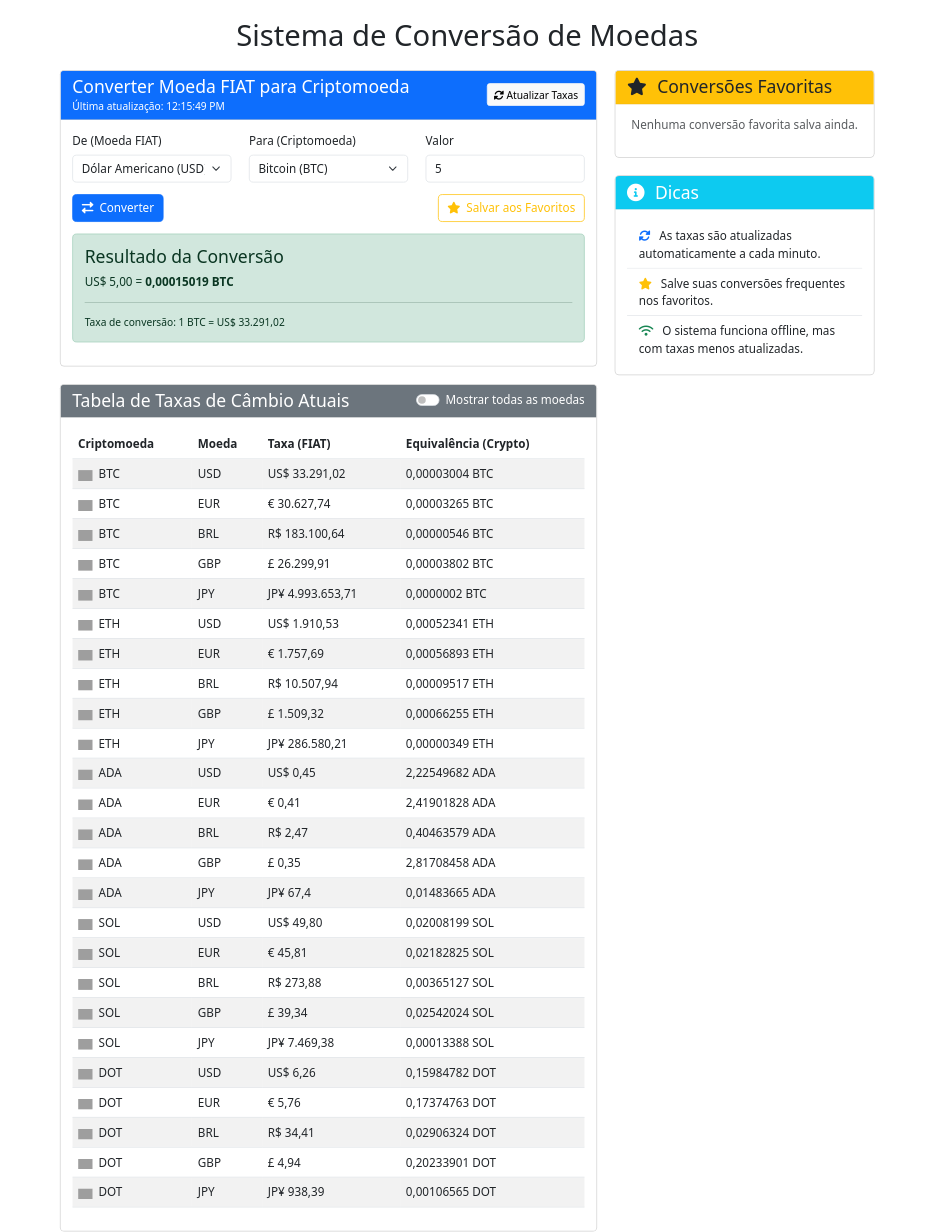
Repository: victorvilanova/crypto-convert-system
Page: index.html
An editor plug-in stored every save of this project. The page is shown before and after the next save, followed by the edit.
The browser window is 1280 px wide. The pictures show the whole page, at 73% of full size.
Empty fields were first filled with sample values (such as "Sample", 5 or name@example.com).
After loading, the first visible `#convertBtn` was clicked once.
Pictures or frames that could not be fetched are drawn as grey boxes.

Above is the page before, as saved 2025-04-10 22:05:34.

### index.html
<!DOCTYPE html>
<html lang="pt-br">
  <head>
    <meta charset="UTF-8" />
    <meta name="viewport" content="width=device-width, initial-scale=1.0" />
    <title>Sistema de Conversão FIAT para Criptomoedas</title>
    <link
      href="https://cdn.jsdelivr.net/npm/bootstrap@5.3.0/dist/css/bootstrap.min.css"
      rel="stylesheet"
    />
    <link
      rel="stylesheet"
      href="https://cdnjs.cloudflare.com/ajax/libs/font-awesome/6.0.0-beta3/css/all.min.css"
    />
    <link rel="stylesheet" href="assets/css/style.css" />
  </head>
  <body>
    <div
      id="offlineAlert"
      class="alert alert-warning sticky-top"
      style="display: none"
    >
      <strong>Você está offline!</strong> Os dados de taxas podem estar
      desatualizados.
    </div>

    <div class="container mt-4">
      <div class="row">
        <div class="col-md-12">
          <h1 class="text-center mb-4">Sistema de Conversão de Moedas</h1>

          <!-- Área de mensagens temporárias -->
          <div id="message" class="mb-3" style="display: none"></div>

          <div class="row">
            <!-- Coluna principal -->
            <div class="col-lg-8">
              <!-- Conversor -->
              <div class="card mb-4">
                <div
                  class="card-header bg-primary text-white d-flex justify-content-between align-items-center"
                >
                  <div>
                    <h2 class="h4 mb-0">
                      Converter Moeda FIAT para Criptomoeda
                    </h2>
                    <div class="small">
                      Última atualização: <span id="lastUpdate">--:--:--</span>
                    </div>
                  </div>
                  <button id="forceUpdateBtn" class="btn btn-sm btn-light">
                    <i class="fas fa-sync-alt"></i> Atualizar Taxas
                  </button>
                </div>
                <div class="card-body">
                  <form id="converterForm">
                    <div class="row mb-3">
                      <div class="col-md-4">
                        <label for="fromCurrency" class="form-label"
                          >De (Moeda FIAT)</label
                        >
                        <select id="fromCurrency" class="form-select" required>
                          <!-- Opções serão preenchidas pelo JavaScript -->
                        </select>
                      </div>
                      <div class="col-md-4">
                        <label for="toCrypto" class="form-label"
                          >Para (Criptomoeda)</label
                        >
                        <select id="toCrypto" class="form-select" required>
                          <!-- Opções serão preenchidas pelo JavaScript -->
                        </select>
                      </div>
                      <div class="col-md-4">
                        <label for="amount" class="form-label">Valor</label>
                        <input
                          type="number"
                          id="amount"
                          class="form-control"
                          step="0.01"
                          min="0.01"
                          required
                          placeholder="Ex: 1000.00"
                        />
                      </div>
                    </div>
                    <div class="d-flex justify-content-between">
                      <button
                        type="button"
                        id="convertBtn"
                        class="btn btn-primary"
                      >
                        <i class="fas fa-exchange-alt me-1"></i> Converter
                      </button>
                      <button
                        type="button"
                        id="addFavoriteBtn"
                        class="btn btn-outline-warning"
                      >
                        <i class="fas fa-star me-1"></i> Salvar aos Favoritos
                      </button>
                    </div>
                  </form>

                  <div
                    id="loading"
                    class="text-center my-3"
                    style="display: none"
                  >
                    <div class="spinner-border text-primary" role="status">
                      <span class="visually-hidden">Carregando...</span>
                    </div>
                    <p class="mt-2">Processando, aguarde...</p>
                  </div>

                  <div id="result" class="mt-3" style="display: none">
                    <!-- Resultado será exibido aqui pelo JavaScript -->
                  </div>

                  <div id="error" class="mt-3" style="display: none">
                    <!-- Erros serão exibidos aqui pelo JavaScript -->
                  </div>
                </div>
              </div>

              <!-- Tabela de Taxas de Câmbio -->
              <div class="card">
                <div
                  class="card-header bg-secondary text-white d-flex justify-content-between align-items-center"
                >
                  <h2 class="h4 mb-0">Tabela de Taxas de Câmbio Atuais</h2>
                  <div class="form-check form-switch text-white">
                    <input
                      class="form-check-input"
                      type="checkbox"
                      id="showAllCurrencies"
                    />
                    <label class="form-check-label" for="showAllCurrencies"
                      >Mostrar todas as moedas</label
                    >
                  </div>
                </div>
                <div class="card-body">
                  <div class="table-responsive">
                    <table class="table table-striped table-hover">
                      <thead>
                        <tr>
                          <th>Criptomoeda</th>
                          <th>Moeda</th>
                          <th>Taxa (FIAT)</th>
                          <th>Equivalência (Crypto)</th>
                        </tr>
                      </thead>
                      <tbody id="ratesTableBody">
                        <!-- Taxas serão preenchidas pelo JavaScript -->
                      </tbody>
                    </table>
                  </div>
                </div>
              </div>
            </div>

            <!-- Coluna lateral -->
            <div class="col-lg-4">
              <!-- Favoritos -->
              <div class="card mb-4">
                <div class="card-header bg-warning text-dark">
                  <h2 class="h4 mb-0">
                    <i class="fas fa-star me-2"></i> Conversões Favoritas
                  </h2>
                </div>
                <div class="card-body">
                  <div id="favoritesContainer">
                    <!-- Favoritos serão preenchidos pelo JavaScript -->
                  </div>
                </div>
              </div>

              <!-- Dicas -->
              <div class="card">
                <div class="card-header bg-info text-white">
                  <h2 class="h4 mb-0">
                    <i class="fas fa-info-circle me-2"></i> Dicas
                  </h2>
                </div>
                <div class="card-body">
                  <ul class="list-group list-group-flush">
                    <li class="list-group-item">
                      <i class="fas fa-sync-alt text-primary me-2"></i>
                      As taxas são atualizadas automaticamente a cada minuto.
                    </li>
                    <li class="list-group-item">
                      <i class="fas fa-star text-warning me-2"></i>
                      Salve suas conversões frequentes nos favoritos.
                    </li>
                    <li class="list-group-item">
                      <i class="fas fa-wifi text-success me-2"></i>
                      O sistema funciona offline, mas com taxas menos
                      atualizadas.
                    </li>
                  </ul>
                </div>
              </div>
            </div>
          </div>
        </div>
      </div>
    </div>

    <!-- Importando o ponto de entrada da aplicação como um módulo ES6 -->
    <script type="module" src="assets/js/app.js"></script>
  </body>
</html>

### assets/js/app.js
/**
 * app.js
 * Ponto de entrada principal da aplicação
 */
import CryptoController from './controllers/CryptoController.js';
import { updateRates, getRates, convertCurrency } from './services/ratesService.js';
import { updateUIWithRates, displayResult, showLoading, hideLoading, showError } from './ui/uiController.js';
import { saveFavorite, loadFavorites, renderFavorites } from './storage/favoritesManager.js';
import { setupOfflineDetection } from './utils/offlineManager.js';

// DOM Elements
const convertBtn = document.getElementById('convertBtn');
const fromCurrencySelect = document.getElementById('fromCurrency');
const toCryptoSelect = document.getElementById('toCrypto');
const amountInput = document.getElementById('amount');
const addFavoriteBtn = document.getElementById('addFavoriteBtn');
const forceUpdateBtn = document.getElementById('forceUpdateBtn');
const lastUpdateSpan = document.getElementById('lastUpdate');
const showAllCurrenciesCheckbox = document.getElementById('showAllCurrencies');

// Initialize the app
async function initApp() {
    setupOfflineDetection();
    loadCurrencyOptions();
    await updateRatesAndUI();
    setInterval(updateRatesAndUI, 60000); // Update every minute
    setupEventListeners();
    renderFavorites();
}

// Load currency options
function loadCurrencyOptions() {
    // FIAT currencies
    const fiatCurrencies = [
        { code: 'USD', name: 'Dólar Americano' },
        { code: 'EUR', name: 'Euro' },
        { code: 'BRL', name: 'Real Brasileiro' },
        { code: 'GBP', name: 'Libra Esterlina' },
        { code: 'JPY', name: 'Iene Japonês' }
    ];

    // Cryptocurrencies
    const cryptoCurrencies = [
        { code: 'BTC', name: 'Bitcoin' },
        { code: 'ETH', name: 'Ethereum' },
        { code: 'ADA', name: 'Cardano' },
        { code: 'SOL', name: 'Solana' },
        { code: 'DOT', name: 'Polkadot' }
    ];

    // Populate selects
    populateSelect(fromCurrencySelect, fiatCurrencies);
    populateSelect(toCryptoSelect, cryptoCurrencies);
}

// Populate select element with options
function populateSelect(selectElement, options) {
    selectElement.innerHTML = '';
    options.forEach(option => {
        const optElement = document.createElement('option');
        optElement.value = option.code;
        optElement.textContent = `${option.name} (${option.code})`;
        selectElement.appendChild(optElement);
    });
}

// Update rates and UI
async function updateRatesAndUI() {
    try {
        showLoading();
        await updateRates();
        updateUIWithRates(getRates(), showAllCurrenciesCheckbox.checked);
        updateLastUpdateTime();
        hideLoading();
    } catch (error) {
        console.error('Failed to update rates:', error);
        showError('Falha ao atualizar taxas. Tentando novamente em breve.');
        hideLoading();
    }
}

// Update last update time
function updateLastUpdateTime() {
    const now = new Date();
    lastUpdateSpan.textContent = now.toLocaleTimeString();
}

// Handle conversion
function handleConversion() {
    const fromCurrency = fromCurrencySelect.value;
    const toCrypto = toCryptoSelect.value;
    const amount = parseFloat(amountInput.value);

    if (isNaN(amount) || amount <= 0) {
        showError('Por favor, insira um valor válido maior que zero.');
        return;
    }

    try {
        showLoading();
        const result = convertCurrency(fromCurrency, toCrypto, amount);
        hideLoading();
        displayResult(fromCurrency, toCrypto, amount, result);
    } catch (error) {
        hideLoading();
        showError(`Erro na conversão: ${error.message}`);
    }
}

// Handle adding to favorites
function handleAddFavorite() {
    const fromCurrency = fromCurrencySelect.value;
    const toCrypto = toCryptoSelect.value;
    const amount = parseFloat(amountInput.value);

    if (isNaN(amount) || amount <= 0) {
        showError('Por favor, insira um valor válido maior que zero.');
        return;
    }

    saveFavorite(fromCurrency, toCrypto, amount);
    renderFavorites();
}

// Setup event listeners
function setupEventListeners() {
    // Convert button
    convertBtn.addEventListener('click', handleConversion);

    // Add to favorites button
    addFavoriteBtn.addEventListener('click', handleAddFavorite);

    // Force update button
    forceUpdateBtn.addEventListener('click', updateRatesAndUI);

    // Show all currencies checkbox
    showAllCurrenciesCheckbox.addEventListener('change', () => {
        updateUIWithRates(getRates(), showAllCurrenciesCheckbox.checked);
    });
}

// Initialize the app when DOM is loaded
document.addEventListener('DOMContentLoaded', initApp);

// Export functions for testing
export { initApp, handleConversion };

### assets/js/utils/offlineManager.js
/**
 * offlineManager.js
 * Gerencia a detecção de conexão offline e seus efeitos na aplicação
 */

// DOM element
const offlineAlert = document.getElementById('offlineAlert');

/**
 * Configura a detecção de conexão offline/online
 */
function setupOfflineDetection() {
    // Check initial status
    updateOfflineStatus();

    // Add event listeners for online/offline events
    window.addEventListener('online', updateOfflineStatus);
    window.addEventListener('offline', updateOfflineStatus);
}

/**
 * Atualiza o status de conexão na interface
 */
function updateOfflineStatus() {
    if (navigator.onLine) {
        offlineAlert.style.display = 'none';
    } else {
        offlineAlert.style.display = 'block';
    }
}

export {
    setupOfflineDetection
};

### assets/js/utils/Validator.js
/**
 * Validator.js
 * Utilitário para validação de entradas do usuário
 */
export default class Validator {
  /**
   * Valida um valor de conversão
   * @param {number} amount - Valor a ser validado
   * @throws {Error} Se o valor for inválido
   */
  static validateAmount(amount) {
    // Verifica se é um número
    if (isNaN(amount)) {
      throw new Error('O valor precisa ser um número válido');
    }

    // Verifica valor positivo
    if (amount <= 0) {
      throw new Error('O valor precisa ser maior que zero');
    }

    // Verifica valor máximo para evitar problemas
    if (amount > 1000000000) {
      throw new Error('O valor é muito alto para conversão');
    }

    return true;
  }

  /**
   * Sanitiza uma string para evitar XSS
   * @param {string} input - String para sanitizar
   * @returns {string} String sanitizada
   */
  static sanitizeString(input) {
    if (typeof input !== 'string') {
      return '';
    }

    // Remove tags HTML e caracteres potencialmente perigosos
    return input
      .replace(/</g, '&lt;')
      .replace(/>/g, '&gt;')
      .replace(/"/g, '&quot;')
      .replace(/'/g, '&#39;')
      .replace(/`/g, '&#96;')
      .replace(/\$/g, '&#36;');
  }

  /**
   * Valida uma moeda ou criptomoeda
   * @param {string} code - Código da moeda/cripto
   * @param {string[]} allowedValues - Valores permitidos
   * @throws {Error} Se o código for inválido
   */
  static validateCurrencyCode(code, allowedValues) {
    // Verifica se é string
    if (typeof code !== 'string') {
      throw new Error('Código de moeda inválido');
    }

    // Sanitiza o código
    const sanitizedCode = this.sanitizeString(code);

    // Verifica se está na lista de valores permitidos
    if (!allowedValues.includes(sanitizedCode)) {
      throw new Error(`Moeda "${sanitizedCode}" não é suportada`);
    }

    return true;
  }
}

Loaded but not shown: assets/js/views/CryptoView.js (419 lines, source omitted); assets/js/controllers/CryptoController.js (343 lines, source omitted); assets/js/models/CryptoModel.js (191 lines, source omitted); assets/js/ui/uiController.js (145 lines, source omitted); assets/js/storage/favoritesManager.js (133 lines, source omitted); assets/js/services/ratesService.js (104 lines, source omitted); assets/js/utils/CacheManager.js (114 lines, source omitted); assets/js/utils/FavoritesManager.js (106 lines, source omitted); assets/js/utils/ErrorHandler.js (91 lines, source omitted); assets/js/utils/PerformanceUtils.js (82 lines, source omitted); assets/css/style.css (no stored copy; drawn as an empty file)

After the next save:
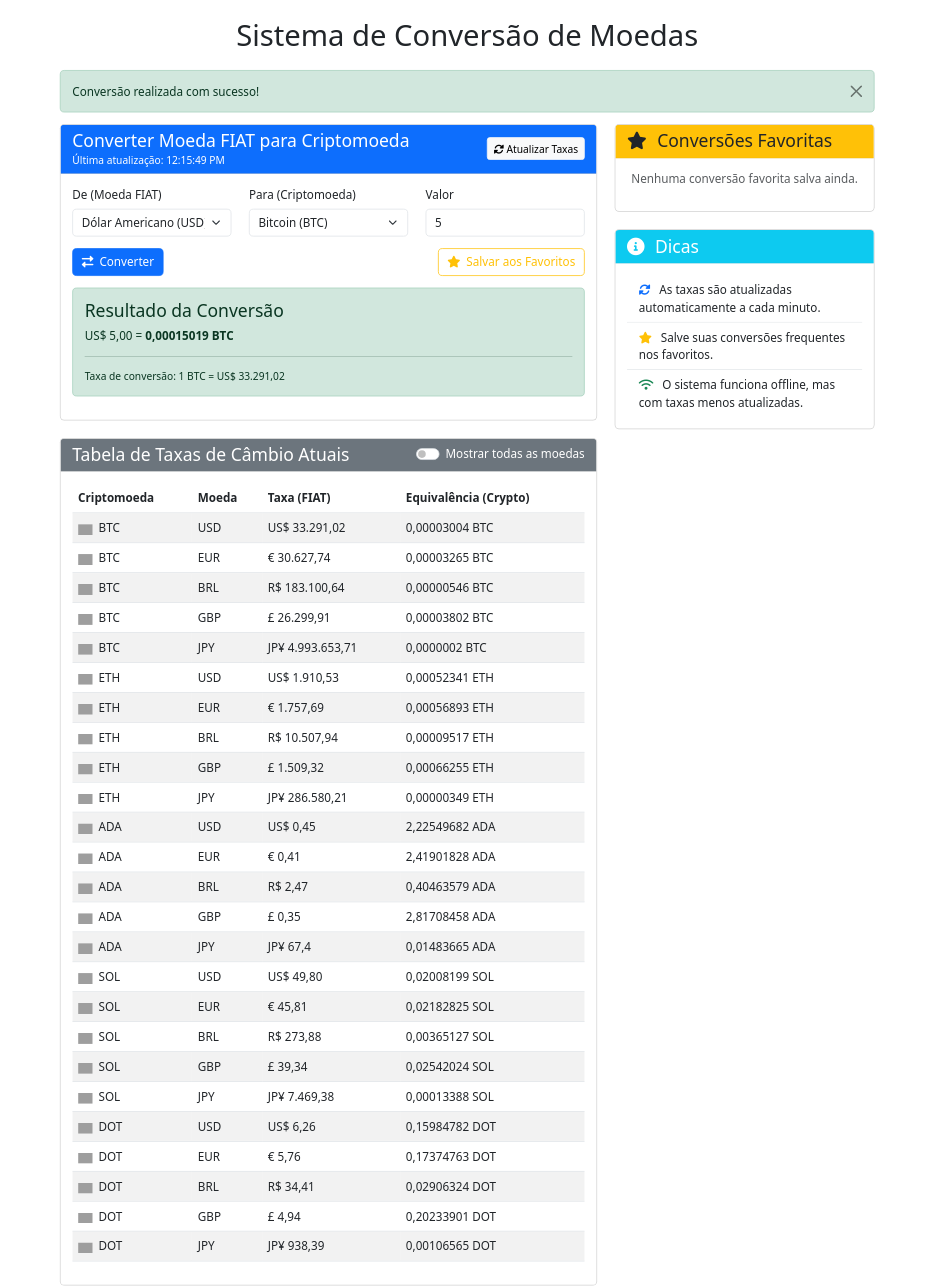
Saved 43 s later.
--- a/assets/js/app.js
+++ b/assets/js/app.js
@@ -2,9 +2,8 @@
  * app.js
  * Ponto de entrada principal da aplicação
  */
-import CryptoController from './controllers/CryptoController.js';
 import { updateRates, getRates, convertCurrency } from './services/ratesService.js';
-import { updateUIWithRates, displayResult, showLoading, hideLoading, showError } from './ui/uiController.js';
+import { updateUIWithRates, displayResult, showLoading, hideLoading, showError, showMessage } from './ui/uiController.js';
 import { saveFavorite, loadFavorites, renderFavorites } from './storage/favoritesManager.js';
 import { setupOfflineDetection } from './utils/offlineManager.js';
 
@@ -17,9 +16,11 @@ const addFavoriteBtn = document.getElementById('addFavoriteBtn');
 const forceUpdateBtn = document.getElementById('forceUpdateBtn');
 const lastUpdateSpan = document.getElementById('lastUpdate');
 const showAllCurrenciesCheckbox = document.getElementById('showAllCurrencies');
+const converterForm = document.getElementById('converterForm');
 
 // Initialize the app
 async function initApp() {
+    console.log('Initializing app...');
     setupOfflineDetection();
     loadCurrencyOptions();
     await updateRatesAndUI();
@@ -55,6 +56,11 @@ function loadCurrencyOptions() {
 
 // Populate select element with options
 function populateSelect(selectElement, options) {
+    if (!selectElement) {
+        console.error('Select element not found');
+        return;
+    }
+
     selectElement.innerHTML = '';
     options.forEach(option => {
         const optElement = document.createElement('option');
@@ -69,7 +75,7 @@ async function updateRatesAndUI() {
     try {
         showLoading();
         await updateRates();
-        updateUIWithRates(getRates(), showAllCurrenciesCheckbox.checked);
+        updateUIWithRates(getRates(), showAllCurrenciesCheckbox?.checked || false);
         updateLastUpdateTime();
         hideLoading();
     } catch (error) {
@@ -81,15 +87,29 @@ async function updateRatesAndUI() {
 
 // Update last update time
 function updateLastUpdateTime() {
-    const now = new Date();
-    lastUpdateSpan.textContent = now.toLocaleTimeString();
+    if (lastUpdateSpan) {
+        const now = new Date();
+        lastUpdateSpan.textContent = now.toLocaleTimeString();
+    }
 }
 
 // Handle conversion
-function handleConversion() {
+function handleConversion(e) {
+    if (e) e.preventDefault();
+
+    console.log('Converting...');
+
+    if (!fromCurrencySelect || !toCryptoSelect || !amountInput) {
+        console.error('Form elements not found');
+        showError('Erro ao encontrar elementos do formulário');
+        return;
+    }
+
     const fromCurrency = fromCurrencySelect.value;
     const toCrypto = toCryptoSelect.value;
     const amount = parseFloat(amountInput.value);
+
+    console.log(`Converting ${amount} ${fromCurrency} to ${toCrypto}`);
 
     if (isNaN(amount) || amount <= 0) {
         showError('Por favor, insira um valor válido maior que zero.');
@@ -101,14 +121,21 @@ function handleConversion() {
         const result = convertCurrency(fromCurrency, toCrypto, amount);
         hideLoading();
         displayResult(fromCurrency, toCrypto, amount, result);
+        showMessage(`Conversão realizada com sucesso!`, 'success');
     } catch (error) {
         hideLoading();
+        console.error('Conversion error:', error);
         showError(`Erro na conversão: ${error.message}`);
     }
 }
 
 // Handle adding to favorites
 function handleAddFavorite() {
+    if (!fromCurrencySelect || !toCryptoSelect || !amountInput) {
+        showError('Erro ao encontrar elementos do formulário');
+        return;
+    }
+
     const fromCurrency = fromCurrencySelect.value;
     const toCrypto = toCryptoSelect.value;
     const amount = parseFloat(amountInput.value);
@@ -120,27 +147,52 @@ function handleAddFavorite() {
 
     saveFavorite(fromCurrency, toCrypto, amount);
     renderFavorites();
+    showMessage(`Conversão salva nos favoritos!`, 'success');
 }
 
 // Setup event listeners
 function setupEventListeners() {
+    console.log('Setting up event listeners...');
+
     // Convert button
-    convertBtn.addEventListener('click', handleConversion);
+    if (convertBtn) {
+        console.log('Adding event listener to convert button');
+        convertBtn.addEventListener('click', handleConversion);
+    } else {
+        console.error('Convert button not found');
+    }
+
+    // Form submit
+    if (converterForm) {
+        converterForm.addEventListener('submit', handleConversion);
+    }
 
     // Add to favorites button
-    addFavoriteBtn.addEventListener('click', handleAddFavorite);
+    if (addFavoriteBtn) {
+        addFavoriteBtn.addEventListener('click', handleAddFavorite);
+    }
 
     // Force update button
-    forceUpdateBtn.addEventListener('click', updateRatesAndUI);
+    if (forceUpdateBtn) {
+        forceUpdateBtn.addEventListener('click', () => {
+            showMessage('Atualizando taxas...', 'info');
+            updateRatesAndUI();
+        });
+    }
 
     // Show all currencies checkbox
-    showAllCurrenciesCheckbox.addEventListener('change', () => {
-        updateUIWithRates(getRates(), showAllCurrenciesCheckbox.checked);
-    });
+    if (showAllCurrenciesCheckbox) {
+        showAllCurrenciesCheckbox.addEventListener('change', () => {
+            updateUIWithRates(getRates(), showAllCurrenciesCheckbox.checked);
+        });
+    }
 }
 
 // Initialize the app when DOM is loaded
-document.addEventListener('DOMContentLoaded', initApp);
+document.addEventListener('DOMContentLoaded', () => {
+    console.log('DOM loaded, initializing app');
+    initApp();
+});
 
 // Export functions for testing
 export { initApp, handleConversion };
